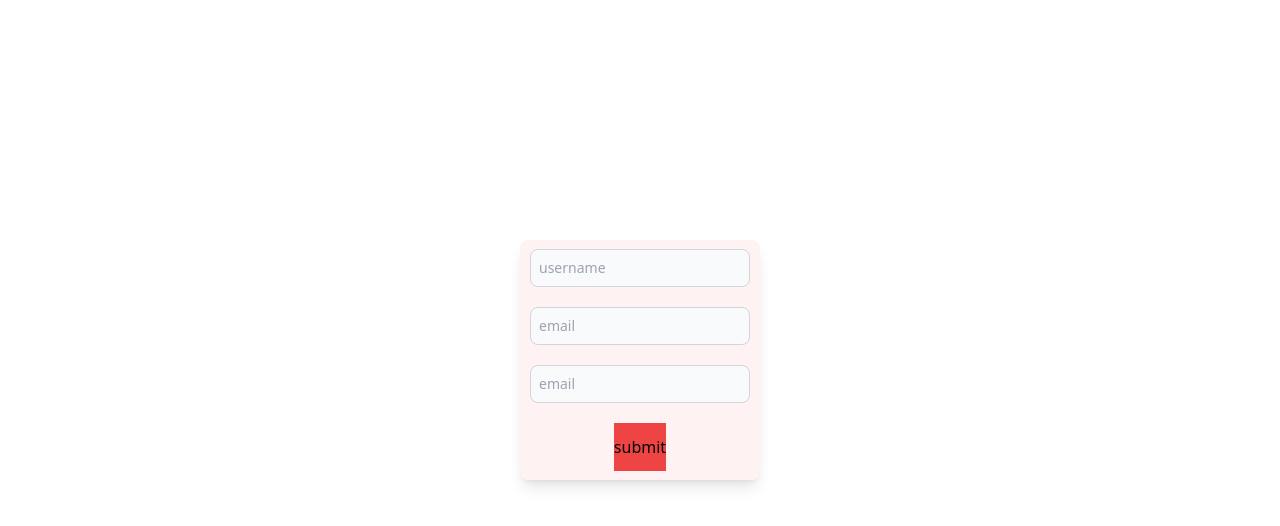
Repository: Emy-gold/alx-fe-reactjs
Page: / (app in form-handling-react/)
The author's editor kept a copy of each file at every save. The page is drawn from the files as they stood at one save, then again after the next save.
The browser window is 1280 px wide. The pictures show the whole page.
The project was rebuilt for these pictures with package versions that can differ from the ones it lists, and the page was loaded fresh each time. Also part of the build but not shown: form-handling-react/vite.config.js.

Above is the page before, as saved 2025-08-22 21:59:08.

### form-handling-react/src/App.jsx
import React from 'react';
import RegistrationForm from './components/RegistrationForm';

function App() {
  return (
    <>
      <RegistrationForm />
    </>
  )
}

export default App

### form-handling-react/src/components/RegistrationForm.jsx
import React from 'react';
import { useState } from 'react';

function RegistrationForm() {

    const [formData, setFormData] = useState({ username: '', email: '', password: '' });

    const handleChange = (e) => {
        const { name, value } = e.target;
        setFormData(prevState => ({ ...prevState, [name]: value }));
    }

    const handleSubmit = (e) => {
        e.preventDefault();
        console.log(formData);
    }

    return (
        <div className='flex w-full mx-auto h-screen justify-center items-center '>
            <form onSubmit={handleSubmit} className='flex flex-col justify-center items-center w-60 h-60 rounded-lg shadow-lg bg-red-50'>
                <input
                    type="text"
                    name="username"
                    value={formData.name}
                    onChange={handleChange}
                    placeholder='username'
                    className='bg-gray-50 border border-gray-300 text-gray-900 text-sm p-2 rounded-lg mb-5'
                />
                <input
                    type="email"
                    name="email"
                    value={formData.email}
                    onChange={handleChange}
                    placeholder='email'
                    className='bg-gray-50 border border-gray-300 text-gray-900 text-sm p-2 rounded-lg mb-5'
                />
                <input
                    type="password"
                    name="password"
                    value={formData.password}
                    onChange={handleChange}
                    placeholder='email'
                    className='bg-gray-50 border border-gray-300 text-gray-900 text-sm p-2 rounded-lg mb-5'
                />
                <button type='submit' className='bg-red-500 py-3'>submit</button>
            </form>
        </div>
    )
}

export default RegistrationForm

Loaded but not shown: form-handling-react/index.html (common file); form-handling-react/src/main.jsx (common file); form-handling-react/src/index.css (common file); form-handling-react/tailwind.config.js (common file)

After the next save:
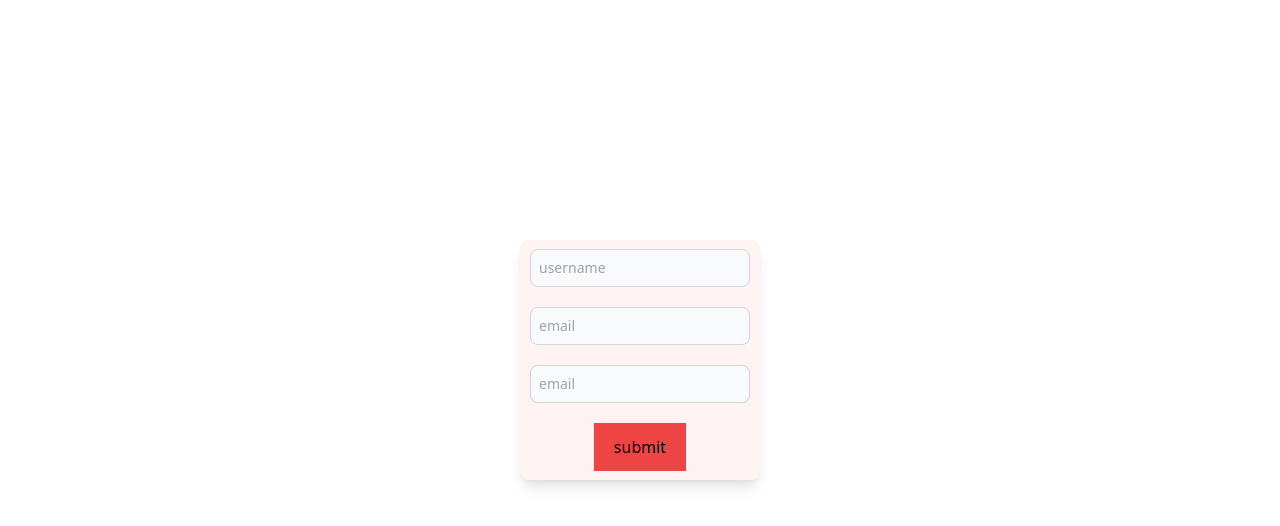
Saved 10 s later.
--- a/form-handling-react/src/components/RegistrationForm.jsx
+++ b/form-handling-react/src/components/RegistrationForm.jsx
@@ -42,7 +42,7 @@ function RegistrationForm() {
                     placeholder='email'
                     className='bg-gray-50 border border-gray-300 text-gray-900 text-sm p-2 rounded-lg mb-5'
                 />
-                <button type='submit' className='bg-red-500 py-3'>submit</button>
+                <button type='submit' className='bg-red-500 py-3 px-5'>submit</button>
             </form>
         </div>
     )
